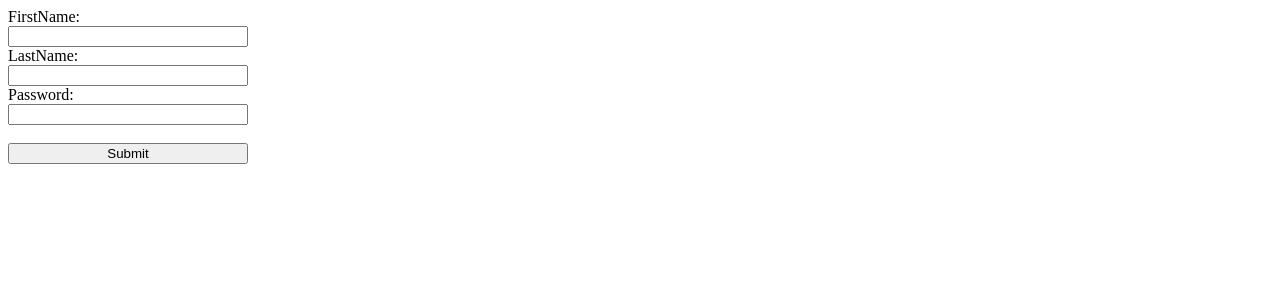
Repository: Vijay-aura/Wicket
Page: wicket-practice/src/main/java/com/form/InputFieldsPage.html
The author's editor kept a copy of each file at every save. The page is drawn from the files as they stood at one save, then again after the next save.
The browser window is 1280 px wide. The pictures show the whole page.

Above is the page before, as saved 2024-03-04 13:10:08.

After the next save:
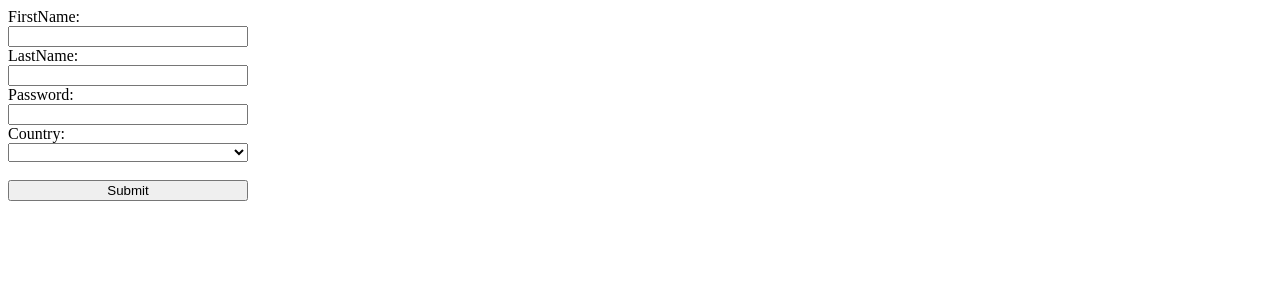
Saved 93 s later.
--- a/wicket-practice/src/main/java/com/form/InputFieldsPage.html
+++ b/wicket-practice/src/main/java/com/form/InputFieldsPage.html
@@ -19,6 +19,7 @@
 		FirstName: <input type="text" wicket:id="firstName"> LastName:
 		<input type="text" wicket:id="lastName">
 		Password: <input type="password" wicket:id="password">
+		Country: <select wicket:id="country"></select>
 		<br><button wicket:id="button">Submit</button>
 	</form>
 	<div wicket:id="detailsContainer">
